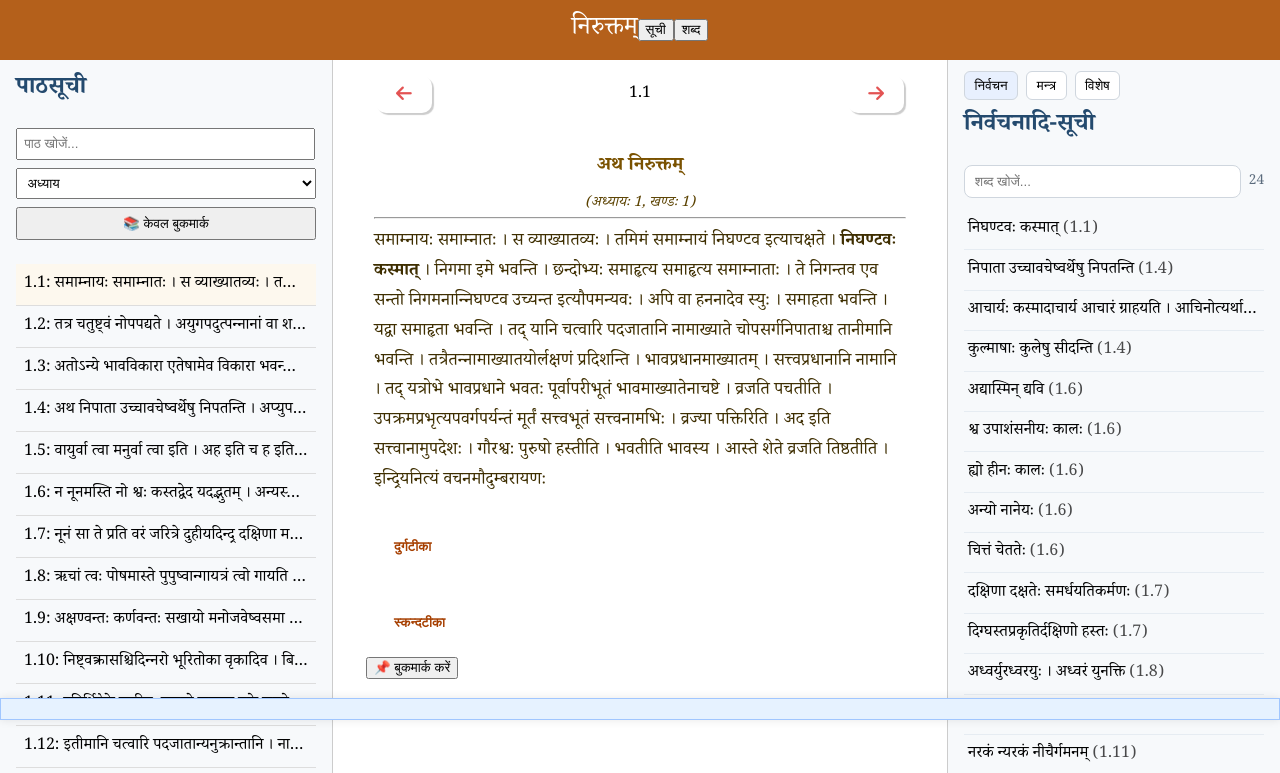
Repository: sanskritsphere/Niruktam
Page: index.html
An editor plug-in stored every save of this project. The page is shown before and after the next save, followed by the edit.
The browser window is 1280 px wide. The pictures show the whole page.
Some web fonts or font styles are not loaded; a fallback is used.

Above is the page before, as saved 2025-11-11 11:23:34.

After the next save:
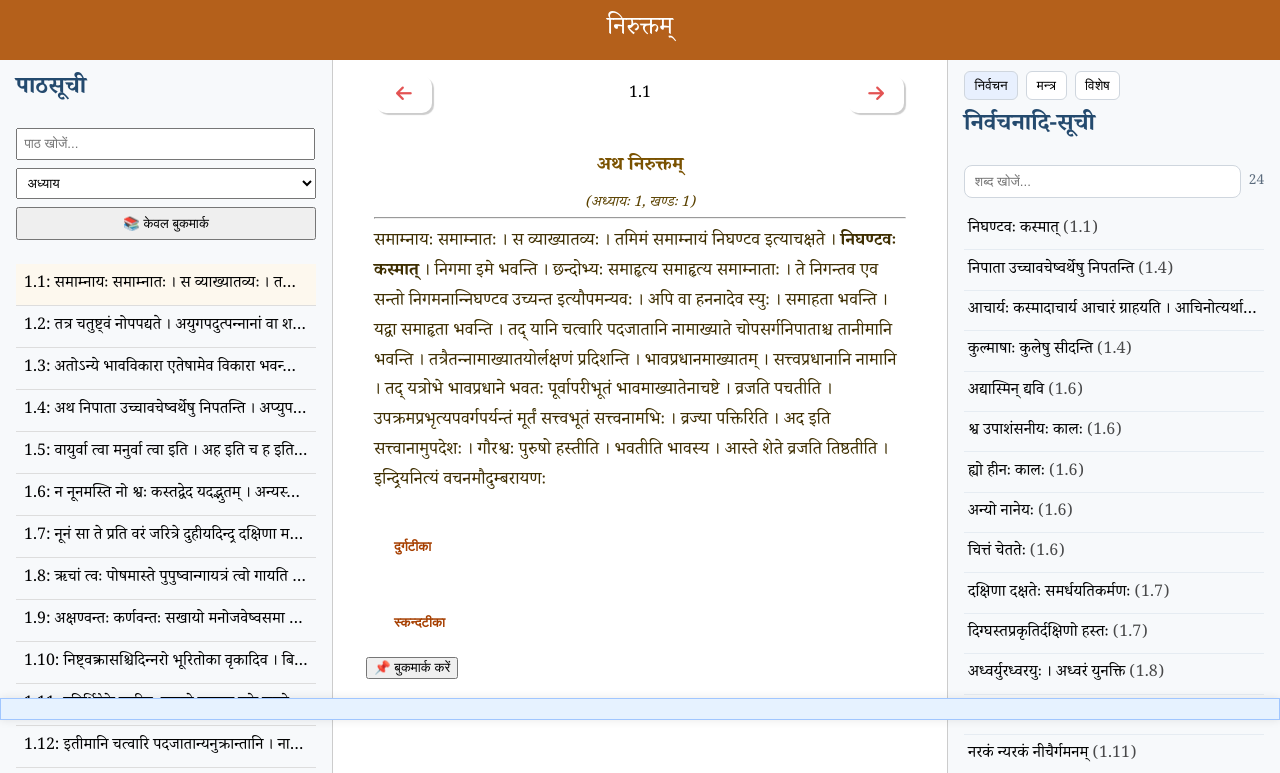
Saved 112 s later.
--- a/script.js
+++ b/script.js
@@ -159,23 +159,6 @@ function processAllTags(str, sutraIdx, field){
   });
 
   return { html };
-}
-
-/* ========= MOBILE SIDEBAR TOGGLES ========= */
-function toggleLeftSidebar(force){
-  const el = document.getElementById('sidebar');
-  if (!el) return;
-  if (force === true) el.classList.add('open');
-  else if (force === false) el.classList.remove('open');
-  else el.classList.toggle('open');
-}
-
-function toggleRightSidebar(force){
-  const el = document.getElementById('markSidebar');
-  if (!el) return;
-  if (force === true) el.classList.add('open');
-  else if (force === false) el.classList.remove('open');
-  else el.classList.toggle('open');
 }
 
 
@@ -218,7 +201,7 @@ function renderSutra(index) {
 
   listElements.forEach((el, i) => {
     el.classList.toggle('active', i === index);
-    if (i === index) document.title = `निरुक्त_(${sutra.index})`;
+    if (i === index) document.title = `นिरुक्त_(${sutra.index})`;
   });
 }
 
@@ -248,9 +231,7 @@ function populateSidebar() {
       if (leftSearchState.q && leftSearchState.q.trim()) {
         setTimeout(() => flashSearchInMain(leftSearchState.q), 60);
       }
-      // mobile: close both
-      toggleLeftSidebar(false);
-      toggleRightSidebar(false);
+      toggleSidebar(true);
     };
 
     listElements.push(li);
@@ -320,15 +301,9 @@ function buildMarkTabs(){
       markState.activeTag = tag.key;
       buildMarkTabs();     // active style refresh
       renderMarkSidebar(); // list refresh
-      // mobile: open right, close left
-      toggleRightSidebar(true);
-      toggleLeftSidebar(false);
     };
     tabs.appendChild(btn);
   });
-
-  // create mobile toggle buttons (once)
-  ensureMobileToggles();
 }
 
 function renderMarkSidebar() {
@@ -366,10 +341,6 @@ function renderMarkSidebar() {
           setTimeout(() => el.classList.remove('flash'), 1500);
         }
       }, 50);
-
-      // mobile: close both
-      toggleRightSidebar(false);
-      toggleLeftSidebar(false);
     };
     ul.appendChild(li);
   });
@@ -401,48 +372,20 @@ function toggleBookmark(index) {
   applyFilters();
 }
 
+function toggleSidebar(forceClose = null) {
+  const aside = document.getElementById('sidebar');
+  if (!aside) return;
+  if (forceClose === true) aside.classList.remove('open');
+  else if (forceClose === false) aside.classList.add('open');
+  else aside.classList.toggle('open');
+}
+
 function toggleExclusive(idToShow) {
   ['durg', 'skand'].forEach(id => {
     const el = document.getElementById(id);
     if (!el) return;
     el.style.display = id === idToShow && el.style.display !== 'block' ? 'block' : 'none';
   });
-}
-
-
-// =============== MOBILE TOGGLE BUTTONS (create once) ===============
-function ensureMobileToggles(){
-  if (document.getElementById('toggleLeft') && document.getElementById('toggleRight')) return;
-
-  const header = document.getElementById('header') || document.body;
-
-  // Left button: सूची
-  if (!document.getElementById('toggleLeft')){
-    const btnL = document.createElement('button');
-    btnL.id = 'toggleLeft';
-    btnL.className = 'mobile-toggle';
-    btnL.type = 'button';
-    btnL.textContent = 'सूची';
-    btnL.addEventListener('click', () => {
-      toggleLeftSidebar();
-      toggleRightSidebar(false);
-    });
-    header.appendChild(btnL);
-  }
-
-  // Right button: शब्द
-  if (!document.getElementById('toggleRight')){
-    const btnR = document.createElement('button');
-    btnR.id = 'toggleRight';
-    btnR.className = 'mobile-toggle';
-    btnR.type = 'button';
-    btnR.textContent = 'शब्द';
-    btnR.addEventListener('click', () => {
-      toggleRightSidebar();
-      toggleLeftSidebar(false);
-    });
-    header.appendChild(btnR);
-  }
 }
 
 
@@ -499,18 +442,7 @@ function wireUI(){
     }, 150));
   }
 
-  // Tap on main closes sidebars (mobile)
-  const mainEl = document.querySelector('main') || document.getElementById('sutraContent');
-  if (mainEl){
-    mainEl.addEventListener('click', () => {
-      if (window.matchMedia('(max-width: 768px)').matches){
-        toggleLeftSidebar(false);
-        toggleRightSidebar(false);
-      }
-    });
-  }
-
-  // Build right tabs initially (also ensures mobile toggle buttons)
+  // Build right tabs initially
   buildMarkTabs();
 }
 
